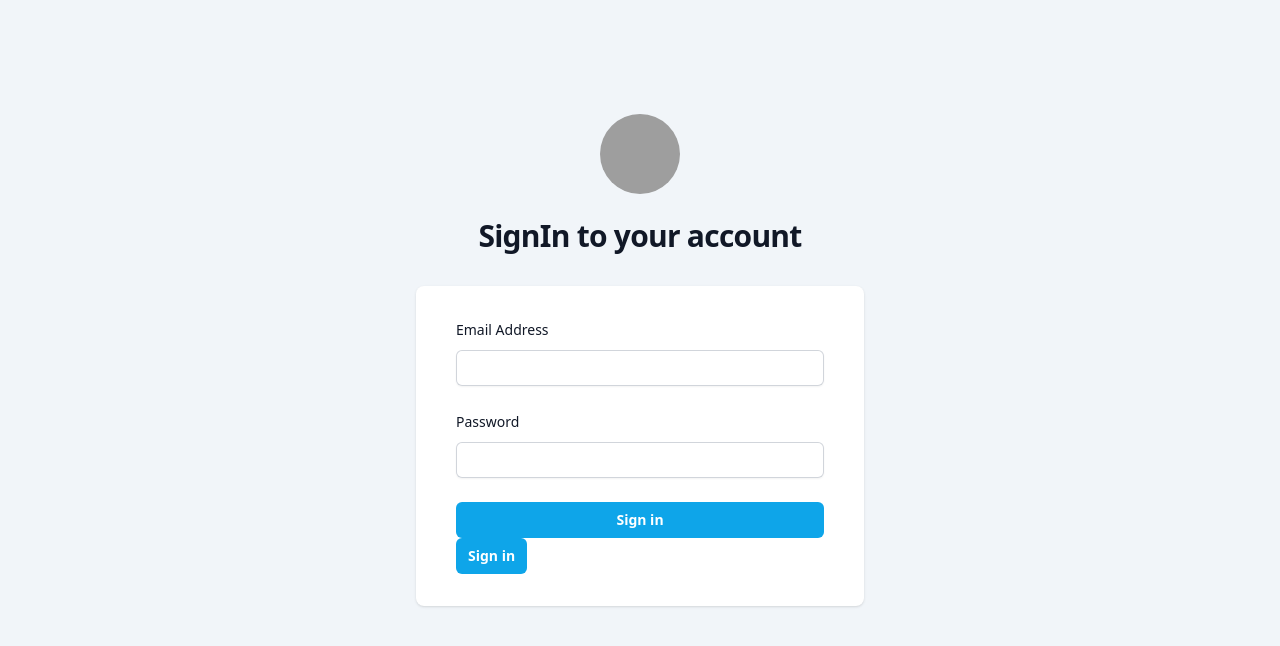
Repository: zecht12/zechtchat
Page: /
These files come from the project's save history. The page is drawn as it stood at one moment and after the next save; the edit follows.
The browser window is 1280 px wide. The pictures show the whole page.
Pictures or frames that could not be fetched are drawn as grey boxes. The page's requests for data from a server got no answer. The project was rebuilt for these pictures with package versions that can differ from the ones it lists, and the page was loaded fresh each time. The framework's server and built-in components were replaced by stand-ins that run in the browser. No one was signed in, and anything a server would have sent is missing. Also part of the build but not shown: next.config.js.

Above is the page before, as saved 2023-05-15 10:03:08.

### app/layout.tsx
import './globals.css'
import AuthContext from './context/AuthContext'

export const metadata = {
  title: 'ZechtChat',
  description: 'ZechtChat',
}

export default function RootLayout({
  children,
}: {
  children: React.ReactNode
}) {
  return (
    <html lang="en">
      <body>
        <AuthContext>
          {children}
        </AuthContext>
      </body>
    </html>
  )
}

### app/(site)/page.tsx
import Image from "next/image";
import Link from "next/link";
import { AuthForm } from "./components/AuthForm";

export default function Home() {
  return (
    <div className="flex min-h-full bg-slate-100 flex-col justify-center py-12 sm:px-6 lg:px-8">
      <div className="sm:mx-auto sm:w-full sm:max-w-md">
        <Link href="/">
          <Image src="/assets/logo.png" alt="logo" width={100} height={100} className="rounded-full w-[80px] mx-auto h-[80px] cursor-pointer hover:scale-110 " />
          <h2 className="mt-6 text-center font-bold text-3xl tracking-tight text-gray-900">
            SignIn to your account
          </h2>
        </Link>
      </div>
      <AuthForm/>
    </div>
  )
}

### app/globals.css
@tailwind base;
@tailwind components;
@tailwind utilities;

html,body,:root{
  height: 100%;
}

### app/context/AuthContext.tsx
"use client";

import { SessionProvider } from "next-auth/react";

export interface AuthContextProps {
    children: React.ReactNode;
}

export default function AuthContext({
    children
}: AuthContextProps) {
    return <SessionProvider>{children}</SessionProvider>;
}

### app/(site)/components/AuthForm.tsx
'use client';

import { signIn, useSession } from 'next-auth/react'
import { useRouter } from 'next/router';
import { FieldValues, SubmitHandler, useForm } from 'react-hook-form';
import React, { useCallback, useEffect, useState } from 'react'
import axios from 'axios';
import { toast } from "react-hot-toast";
import Input from '@/app/components/inputs/Input';
import Button from '@/app/components/Button';

type Variant = 'LOGIN' | 'REGISTER';

export const AuthForm = () => {
    const session = useSession();
    const router = useRouter();
    const [variant, setVariant] = useState<Variant>('LOGIN');
    const [isLoading, setIsLoading] = useState(false);

    useEffect(() => {
        if (session?.status === 'authenticated') {
            router.push('/conversations')
        }
    }, [session?.status, router]);

    const toggleVariant = useCallback(() => {
        if (variant === 'LOGIN') {
            setVariant('REGISTER');
        } else {
            setVariant('LOGIN');
        }
    }, [variant]);

        const {register,handleSubmit,formState: {errors,}} = useForm<FieldValues>({
            defaultValues: {
                name: '',
                email: '',
                password: ''
            }
        });

        const onSubmit: SubmitHandler<FieldValues> = (data) => {
            setIsLoading(true);
            if (variant === 'REGISTER') {
            axios.post('/api/register', data)
            .then(() => signIn('credentials', {
                ...data,
                redirect: false,
            }))
            .then((callback) => {
                if (callback?.error) {
                toast.error('Invalid credentials!');
                }
                if (callback?.ok) {
                router.push('/conversations')
                }
            })
            .catch(() => toast.error('Something went wrong!'))
            .finally(() => setIsLoading(false))
            }
            if (variant === 'LOGIN') {
            signIn('credentials', {
                ...data,
                redirect: false
            })
            .then((callback) => {
                if (callback?.error) {
                toast.error('Invalid credentials!');
                }
                if (callback?.ok) {
                router.push('/conversations')
                }
            })
            .finally(() => setIsLoading(false))
            }
        }

        const socialAction = (action: string) => {
            setIsLoading(true);
            signIn(action, { redirect: false })
            .then((callback) => {
                if (callback?.error) {
                toast.error('Invalid credentials!');
                }
                if (callback?.ok) {
                router.push('/conversations')
                }
            })
            .finally(() => setIsLoading(false));
        }

    return (
        <div className='mt-8 sm:mx-auto sm:w-full sm:max-w-md'>
            <div className='bg-white px-4 py-8 shadow sm:rounded-lg sm:px-10'>
                <form className='space-y-6' onSubmit={handleSubmit(onSubmit)}>
                    {variant === 'REGISTER' && (
                        <Input id='name' label='Name' register={register} errors={errors} />
                    )}
                    <Input id='email' label='Email Address' register={register} errors={errors} />
                    <Input id='password' label='Password' register={register} errors={errors} />
                    <div>
                        <Button disabled={isLoading} fullWidth type="submit">
                            {variant === 'LOGIN' ? 'Sign in' : 'Register'}
                        </Button>
                    </div>
                </form>
                <div>
                    <Button>
                        {variant === 'LOGIN' ? 'Sign in' : 'Register'}
                    </Button>
                </div>
            </div>
        </div>
    )
}

### app/components/inputs/Input.tsx
'use client';

import clsx from "clsx";
import { FieldErrors, FieldValues, UseFormRegister } from "react-hook-form";

interface InputProps {
    label: string;
    id: string;
    type?: string;
    required?: boolean;
    register: UseFormRegister<FieldValues>,
    errors: FieldErrors
    disabled?: boolean;
}

const Input: React.FC<InputProps> = ({label,id,register,required,errors,type = 'text',disabled,}) => {
    return (
        <div>
            <label htmlFor={id} className="block text-sm font-medium leading-6 text-gray-900">
                {label}
            </label>
            <div className="mt-2">
                <input id={id} type={type} autoComplete={id}disabled={disabled} {...register(id, { required })}className={clsx(`form-input block w-full rounded-md border-0 py-1.5 text-gray-900 shadow-sm ring-1 ring-inset ring-gray-300 placeholder:text-gray-400 focus:ring-2 focus:ring-inset focus:ring-sky-600 sm:text-sm sm:leading-6`, errors[id] && 'focus:ring-rose-500', disabled && 'opacity-50 cursor-default')}/>
            </div>
        </div>
    );
}

export default Input;

### app/components/Button.tsx
import clsx from "clsx";

interface ButtonProps {
    type?: "button" | "submit" | "reset" | undefined;
    fullWidth?: boolean;
    children?: React.ReactNode;
    onClick?: () => void;
    secondary?: boolean;
    danger?: boolean;
    disabled?: boolean;
}

const Button: React.FC<ButtonProps> = ({type = "button",fullWidth,children,onClick,secondary,danger,disabled,}) => {
    return (
        <button onClick={onClick} type={type} disabled={disabled} className={clsx(`flex justify-center rounded-md px-3 py-2 text-sm font-semibold focus-visible:outline focus-visible:outline-2 focus-visible:outline-offset-2 `,disabled && 'opacity-50 cursor-default',fullWidth && 'w-full',secondary ? 'text-gray-900' : 'text-white',danger && 'bg-rose-500 hover:bg-rose-600 focus-visible:outline-rose-600',!secondary && !danger && 'bg-sky-500 hover:bg-sky-600 focus-visible:outline-sky-600')}>
            {children}
        </button>
    );
}

export default Button;

### tailwind.config.js
/** @type {import('tailwindcss').Config} */
module.exports = {
  content: [
    './pages/**/*.{js,ts,jsx,tsx,mdx}',
    './components/**/*.{js,ts,jsx,tsx,mdx}',
    './app/**/*.{js,ts,jsx,tsx,mdx}',
  ],
  theme: {
    extend: {},
  },
  plugins: [
    require("@tailwindcss/forms")({
      strategy: 'class'
    })
  ],
}

Loaded but not shown: app/(site)/layout.tsx (common file)

After the next save:
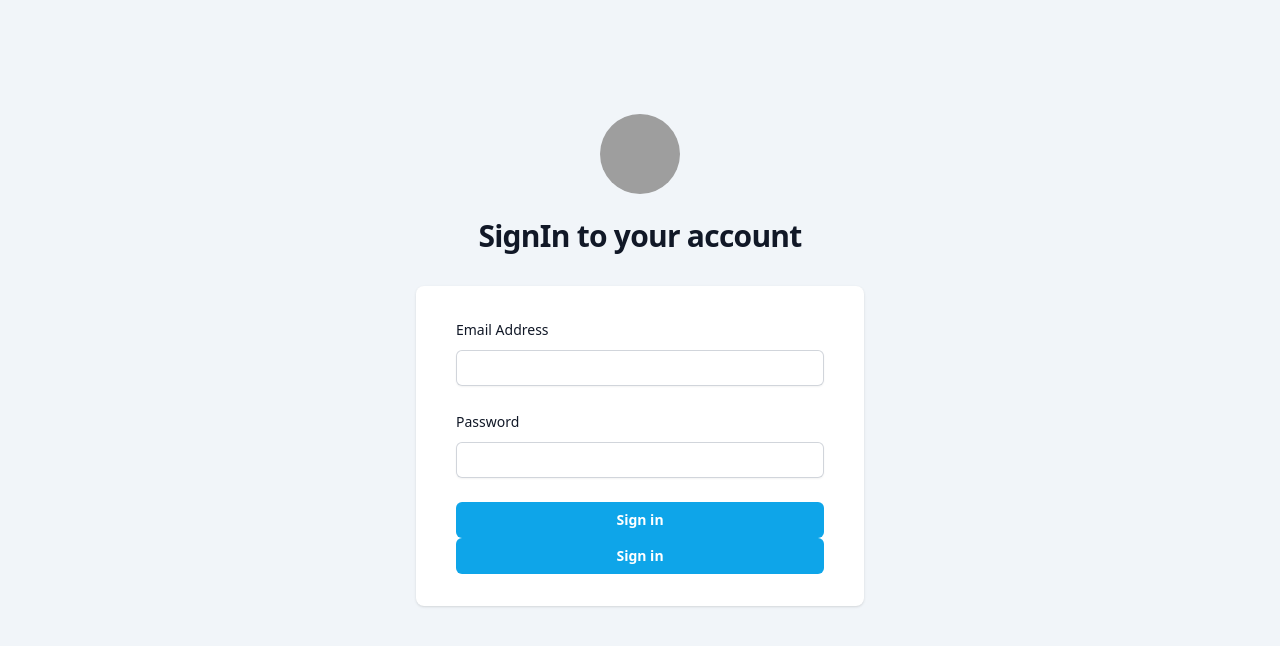
Saved 19 s later.
--- a/app/(site)/components/AuthForm.tsx
+++ b/app/(site)/components/AuthForm.tsx
@@ -105,7 +105,7 @@ export const AuthForm = () => {
                     </div>
                 </form>
                 <div>
-                    <Button>
+                    <Button disabled={isLoading} fullWidth type="submit">
                         {variant === 'LOGIN' ? 'Sign in' : 'Register'}
                     </Button>
                 </div>
